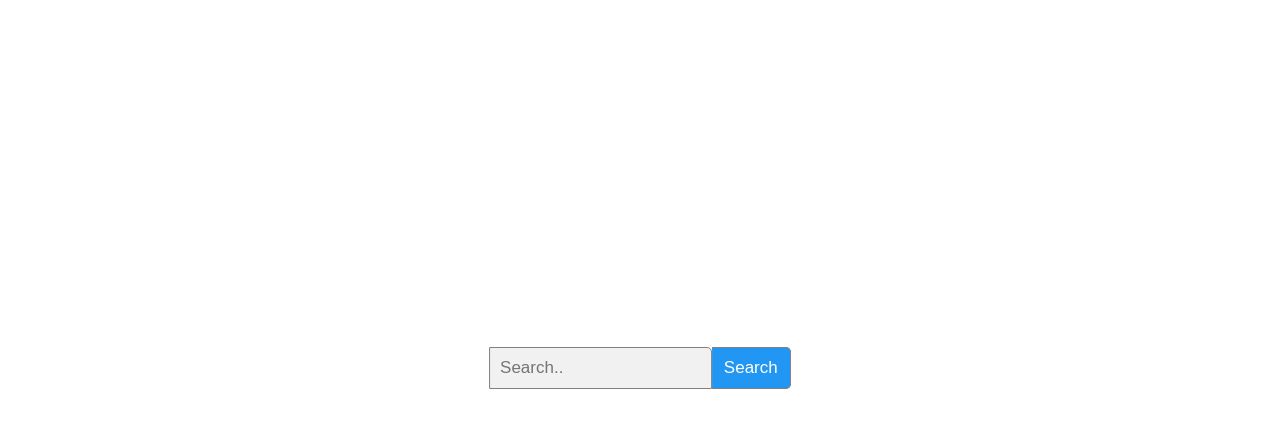
Repository: bek2d/VkAnalyticTool
Page: http://localhost/search
The author's editor kept a copy of each file at every save. The page is drawn from the files as they stood at one save, then again after the next save.
The browser window is 1280 px wide. The pictures show the whole page.
The page is served by the project's application, run on Flask 3 (app.py).

Above is the page before, as saved 2022-04-17 17:11:56.

After the next save:
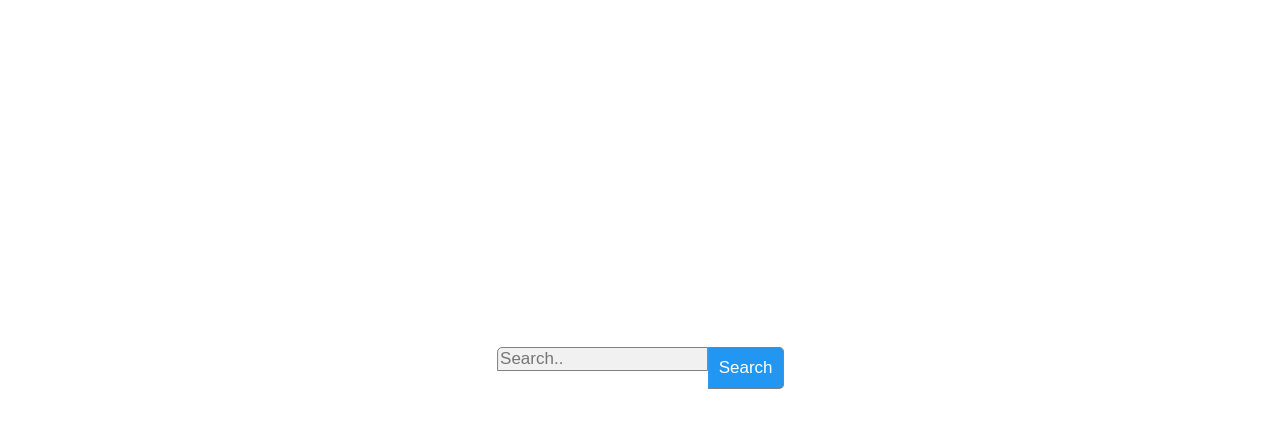
Saved 27 s later.
--- a/static/google.css
+++ b/static/google.css
@@ -4,7 +4,8 @@
 
 
 form.example input[type=text] {
-  border-top-right-radius: 5px;
+  border-top-left-radius: 5px;
+  border-bottom-left-radius: 5px
   padding: 10px;
   font-size: 17px;
   border: 1px solid grey;

After the save that followed:
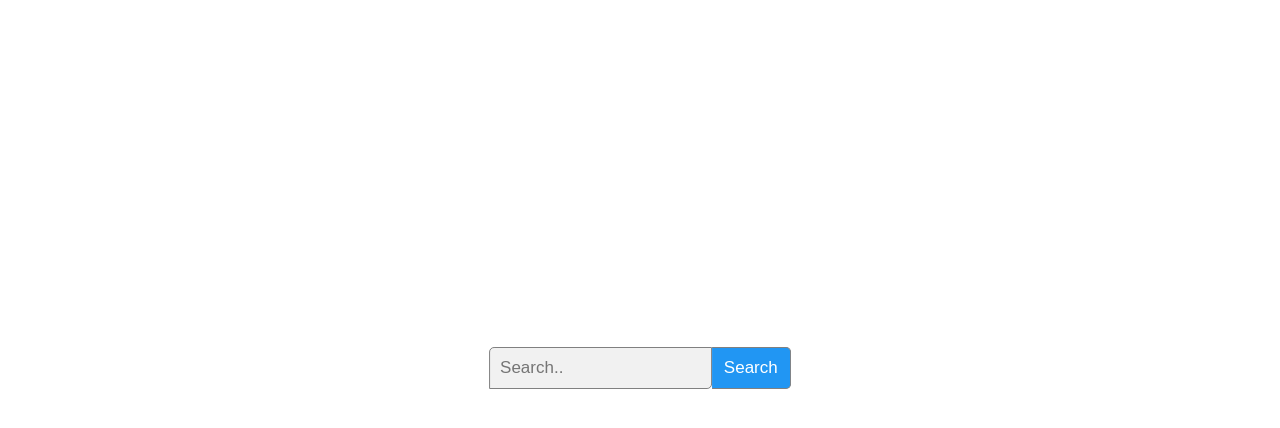
Saved 22 s later.
--- a/static/google.css
+++ b/static/google.css
@@ -5,7 +5,7 @@
 
 form.example input[type=text] {
   border-top-left-radius: 5px;
-  border-bottom-left-radius: 5px
+  border-bottom-right-radius: 5px;
   padding: 10px;
   font-size: 17px;
   border: 1px solid grey;
